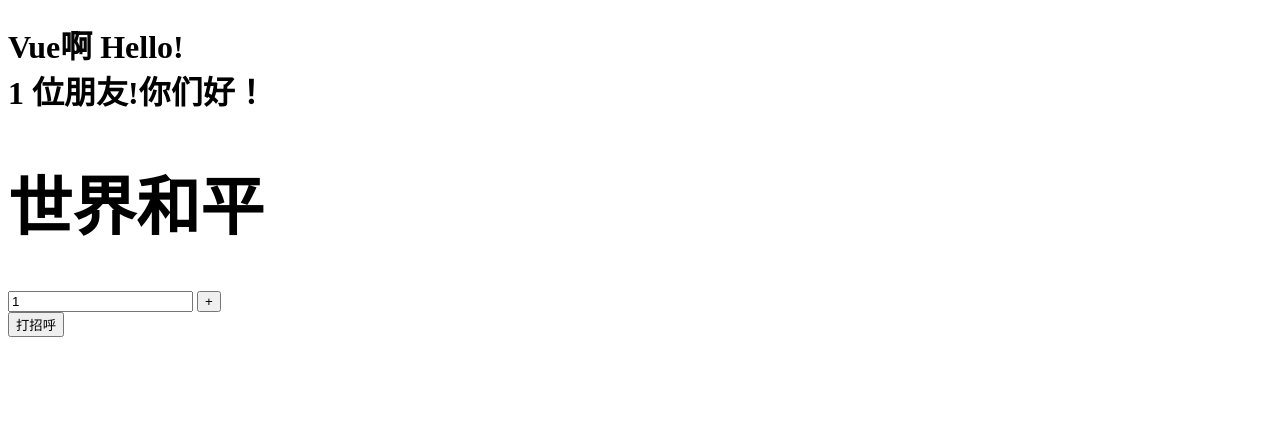
Repository: SOROoi/Web_front-end
Page: Web01_Vue/src/main/webapp/index.html
An editor plug-in stored every save of this project. The page is shown before and after a run of saves, followed by the edit.
The browser window is 1280 px wide. The pictures show the whole page.

Above is the page before, as saved 2020-07-11 08:54:58.

### Web01_Vue/src/main/webapp/index.html
<!DOCTYPE html>
<html>
<head>
<meta charset="UTF-8">
<title>Insert title here</title>
<script src="js/vue.js"></script>

</head>
<body>
	<div id="app">
		<h1>
			<span v-text="name"></span> Hello! <br> {{num}} 位朋友!{{message}}<br>
			<span v-html="word"></span>
		</h1>
		<input type="text" v-model="num" @click="num++">
		<button @click="num++">+</button><br>
		<button @click="sayhi('大家都好！')">打招呼</button>
	</div>
</body>

<script>
	new Vue({
		el : "#app",
		data : {
			name : "Vue啊",
			num : 1,
			message : "你们好！",
			word : "<h1>世界和平</h1>"
		},
		methods : {
			sayhi : function(msg) {
				this.message = msg;
			}
		},
		created : function() {
			console.log("Vue实例创建了");
		},
	});
</script>
</html>

Loaded but not shown: Web01_Vue/src/main/webapp/js/vue.js (library)

After the next 2 saves:
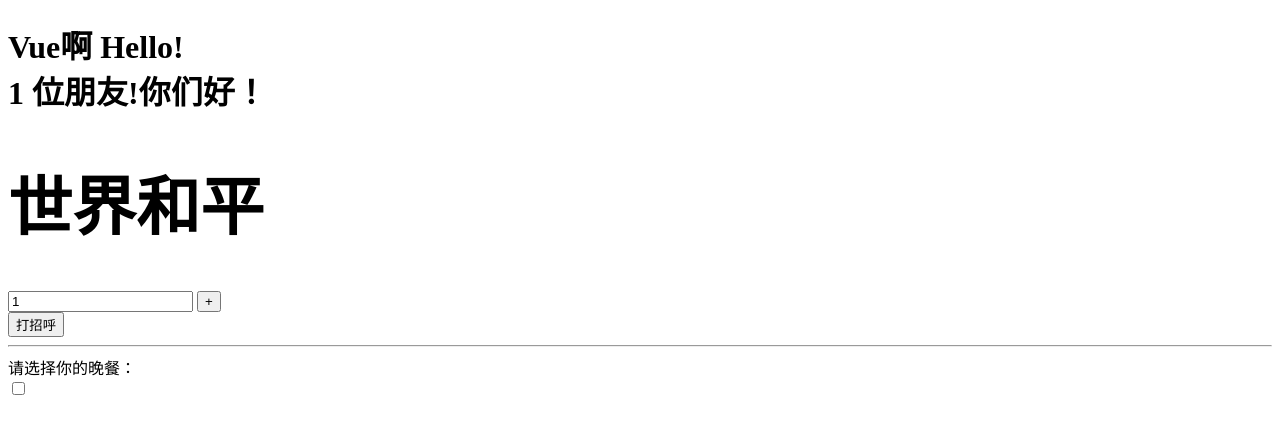
The 2 saves are shown as one change because they came seconds apart.
The last was saved 7 min 4 s later.
--- a/Web01_Vue/src/main/webapp/index.html
+++ b/Web01_Vue/src/main/webapp/index.html
@@ -9,12 +9,15 @@
 <body>
 	<div id="app">
 		<h1>
-			<span v-text="name"></span> Hello! <br> {{num}} 位朋友!{{message}}<br>
-			<span v-html="word"></span>
+			<span v-text="name"></span> Hello! <br> {{num}} 位朋友!{{message}}<br> <span v-html="word"></span>
 		</h1>
 		<input type="text" v-model="num" @click="num++">
-		<button @click="num++">+</button><br>
+		<button @click="num++">+</button>
+		<br>
 		<button @click="sayhi('大家都好！')">打招呼</button>
+		<hr>
+		请选择你的晚餐：<br>
+		<input type="checkbox" value="">
 	</div>
 </body>
 
@@ -25,7 +28,8 @@
 			name : "Vue啊",
 			num : 1,
 			message : "你们好！",
-			word : "<h1>世界和平</h1>"
+			word : "<h1>世界和平</h1>",
+
 		},
 		methods : {
 			sayhi : function(msg) {
